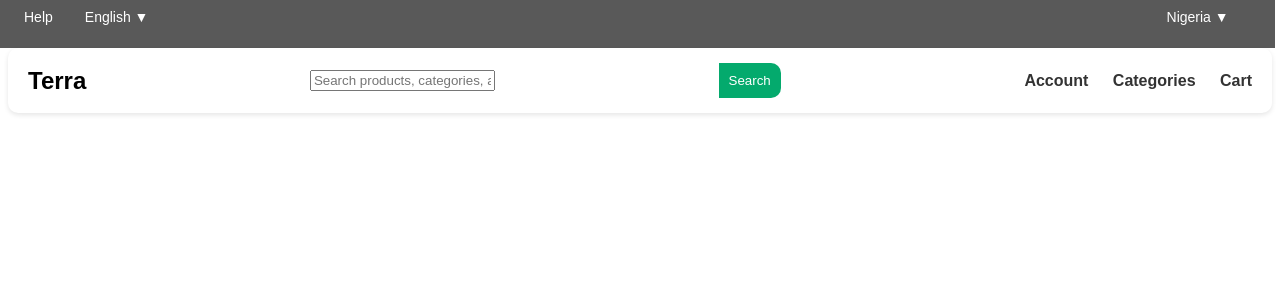
Repository: Femi007-gh/e-commerce
Page: index.html
The author's editor kept a copy of each file at every save. The page is drawn from the files as they stood at one save, then again after the next save.
The browser window is 1280 px wide. The pictures show the whole page.

Above is the page before, as saved 2025-04-28 19:56:12.

### index.html
<html>
    <head>
      <title>Shopping Cart Page</title>
      <link rel="stylesheet" href="style.css">
    </head>
  <body>
    <header>
    <div class="div1">
<div class="top-bar">
  <div class="left">
    <div class="dropdown">
      <button class="dropbtn">Help</button>
    </div>
    <div class="dropdown">
      <button class="dropbtn">English ▼</button>
      <div class="dropdown-content">
        <a href="#">English</a>
        <a href="#">Japanese</a>
        <a href="#">Korean</a>
      </div>
    </div>
  </div>
  <div class="right">
    <div class="dropdown">
      <button class="dropbtn">Nigeria ▼</button>
      <div class="dropdown-content">
        <a href="#">Nigeria</a>
        <a href="#">USA</a>
        <a href="#">China</a>
        </div>
      </div>
     </div>
   </div>
  </div>


<nav class="nav-bar">
  <div class="logo">Terra</div>
    <input type="text" placeholder="Search products, categories, and brands" class="">
    <button class="search">Search</button>
  </div>
  <div class="nav-icons">
    <a href="#">Account</a>
    <a href="#">Categories</a>
    <a href="#">Cart</a>
  </div>
</nav>
  </body>
</html>

### style.css
body{
  font-family: Arial;
}
.div1{
  background-color: #595959;
  width: 101%;
  height: 50px;
  margin-left: -10px;
  margin-top: -10px;
}
.top-bar {
  background-color:  #595959;
  color: white;
  padding: 10px 20px;
  display: flex;
  justify-content: space-between;
  font-size: 14px;
}

.top-bar .left, .top-bar .right {
  display: flex;
  align-items: center;
}

.dropdown {
  position: relative;
  margin-right: 20px;
}

.dropbtn {
  background: none;
  border: none;
  color: white;
  cursor: pointer;
  font-size: 14px;
}

.dropdown-content {
  display: none;
  position: absolute;
  background-color: white;
  color:  #595959;
  min-width: 100px;
  border-radius: 5px;
  box-shadow: 0px 8px 16px rgba(0,0,0,0.2);
  z-index: 1;
}

.dropdown-content a {
  padding: 8px 12px;
  display: block;
  text-decoration: none;
  color: black;
}

.dropdown-content a:hover {
  background-color: #f1f1f1;
}

.dropdown:hover .dropdown-content {
  display: block;
}

.nav-icons a {
  margin-left: 20px;
  text-decoration: none;
  color: #333;
  font-weight: 600;
}


/* Nav bar */
.nav-bar {
  display: flex;
  justify-content: space-between;
  align-items: center;
  background: white;
  padding: 15px 20px;
  margin-bottom: 20px;
  border-radius: 10px;
  box-shadow: 0 2px 5px rgba(0,0,0,0.1);
}

.nav-bar .logo {
  font-weight: 700;
  font-size: 24px;
}


.search {
  background-color: #04AA6D;
  color: white;
  border: none;
  border-radius: 0 10px 10px 0;
  cursor: pointer;
  padding: 10px 10px;
}

.nav-icons a {
  margin-left: 20px;
  text-decoration: none;
  color: #333;
}

.inp {
  height: 30px;
  width: 30px;
}

After the next save:
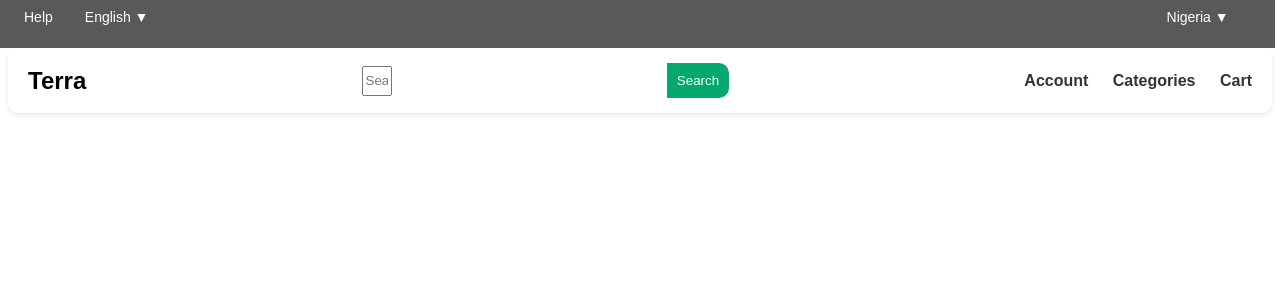
Saved 5 s later.
--- a/index.html
+++ b/index.html
@@ -36,7 +36,7 @@
 
 <nav class="nav-bar">
   <div class="logo">Terra</div>
-    <input type="text" placeholder="Search products, categories, and brands" class="">
+    <input type="text" placeholder="Search products, categories, and brands" class="inp">
     <button class="search">Search</button>
   </div>
   <div class="nav-icons">
